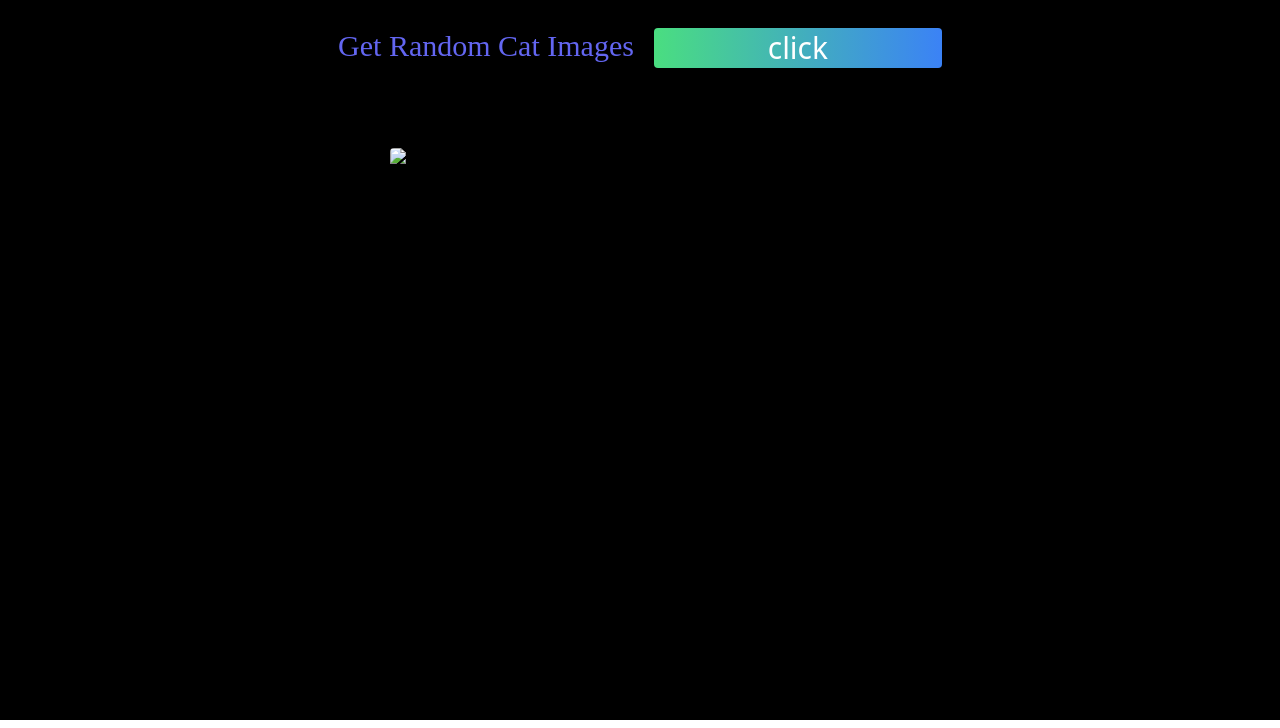
Repository: tentaciones/catMemeGenerator
Page: /
The author's editor kept a copy of each file at every save. The page is drawn from the files as they stood at one save, then again after the next save.
The browser window is 1280 px wide. The pictures show the whole page.
The page's requests for data from a server got no answer. Some web fonts or font styles are not loaded; a fallback is used. The project was rebuilt for these pictures with package versions that can differ from the ones it lists, and the page was loaded fresh each time. No one was signed in, and anything a server would have sent is missing.

Above is the page before, as saved 2022-07-07 21:05:57.

### public/index.html
<!DOCTYPE html>
<html lang="en">
  <head>
    <meta charset="utf-8" />
    <link rel="icon" href="%PUBLIC_URL%/favicon.ico" />
    <meta name="viewport" content="width=device-width, initial-scale=1" />
    <meta name="theme-color" content="#000000" />
    <meta
      name="description"
      content="Web site created using create-react-app"
    />
    <link rel="apple-touch-icon" href="%PUBLIC_URL%/logo192.png" />
    <link rel="preconnect" href="https://fonts.googleapis.com" />
    <link rel="preconnect" href="https://fonts.gstatic.com" crossorigin />
    <link
      href="https://fonts.googleapis.com/css2?family=Gentium+Book+Plus:ital@1&family=Rubik+Moonrocks&display=swap"
      rel="stylesheet"
    />
    <link rel="preconnect" href="https://fonts.googleapis.com" />
    <link rel="preconnect" href="https://fonts.gstatic.com" crossorigin />
    <link
      href="https://fonts.googleapis.com/css2?family=Rock+Salt&display=swap"
      rel="stylesheet"
    />
    <link rel="manifest" href="%PUBLIC_URL%/manifest.json" />

    <title>React App</title>
  </head>
  <body>
    <noscript>You need to enable JavaScript to run this app.</noscript>
    <div id="root"></div>
    <!--
      This HTML file is a template.
      If you open it directly in the browser, you will see an empty page.

      You can add webfonts, meta tags, or analytics to this file.
      The build step will place the bundled scripts into the <body> tag.

      To begin the development, run `npm start` or `yarn start`.
      To create a production bundle, use `npm run build` or `yarn build`.
    -->
  </body>
</html>

### src/App.js
import Generator from "./pages/Generator";
function App() {
  return (
    <div>
      <Generator />
    </div>
  );
}

export default App;

### src/pages/Generator.jsx
import React, { useEffect, useState } from "react";
import Loading from "../components/Loading";
const Generator = () => {
  const [cat, setCat] = useState("");
  const [done, setDone] = useState(undefined);
  const [loading, setLoading] = useState(undefined);
  const getCat = () => {
    setDone(undefined);
    setLoading(undefined);
    setTimeout(() => {
      fetch("https://aws.random.cat/meow")
        .then((res) => res.json())
        .then((data) => setCat(data.file));
      setLoading(true);
      setTimeout(() => {
        setDone(true);
      }, 1000);
    }, 1200);
  };
  useEffect(() => {
    getCat();
  }, []);

  return (
    <div className="bg-black h-screen">
      <div className="flex text-indigo-500 text-3xl justify-center md:hidden">
        <div className="mt-32 font-[cursive] "> Cute Cats</div>
      </div>
      <div className="md:hidden flex justify-center text-3xl">
        <button
          onClick={getCat}
          className="bg-gradient-to-r from-green-400 to-blue-500 hover:from-pink-500 hover:to-yellow-500 text-white w-72 h-10 rounded mt-7"
        >
          click
        </button>
      </div>
      <div className=" flex justify-center md:hidden">
        {!done ? (
          <Loading loading={loading} />
        ) : (
          <img
            src={cat}
            alt="c"
            className="h-[300px] w-[3000px] rounded my-20"
          />
        )}
      </div>
      <div className="hidden md:flex justify-center text-indigo-500 text-3xl gap-5">
        <div className="mt-7 font-[cursive]">Get Random Cat Images</div>
        <button
          onClick={getCat}
          className="bg-gradient-to-r from-green-400 to-blue-500 hover:from-pink-500 hover:to-yellow-500 text-white w-72 h-10 rounded mt-7"
        >
          click
        </button>
      </div>

      <div className="hidden md:flex justify-center">
        {!done ? (
          <Loading loading={loading} />
        ) : (
          <img
            src={cat}
            alt="c"
            className="h-[500px] w-[500px] rounded my-20"
          />
        )}
      </div>
    </div>
  );
};

export default Generator;

### src/components/Loading.js
import React from "react";
import Lottie from "react-lottie";
import * as loading from "../46472-lurking-cat.json";
import * as done from "../50465-done.json";

const defaultOptions = {
  loop: true,
  autoplay: true,
  animationData: loading.default,
  rendererSettings: {
    preserveAspectRatio: "xMidYMid slice",
  },
};

const defaultOptions2 = {
  loop: false,
  autoplay: true,
  animationData: done.default,
  rendererSettings: {
    preserveAspectRatio: "xMidYMid slice",
  },
};

const Loading = ({ loading }) => {
  return (
    <div>
      {!loading ? (
        <Lottie options={defaultOptions} height={120} width={120} />
      ) : (
        <Lottie options={defaultOptions2} height={120} width={120} />
      )}
    </div>
  );
};

export default Loading;

Loaded but not shown: src/index.js (common file); src/index.css (common file); src/reportWebVitals.js (common file); src/46472-lurking-cat.json (common file); src/50465-done.json (common file); tailwind.config.js (common file)

After the next save:
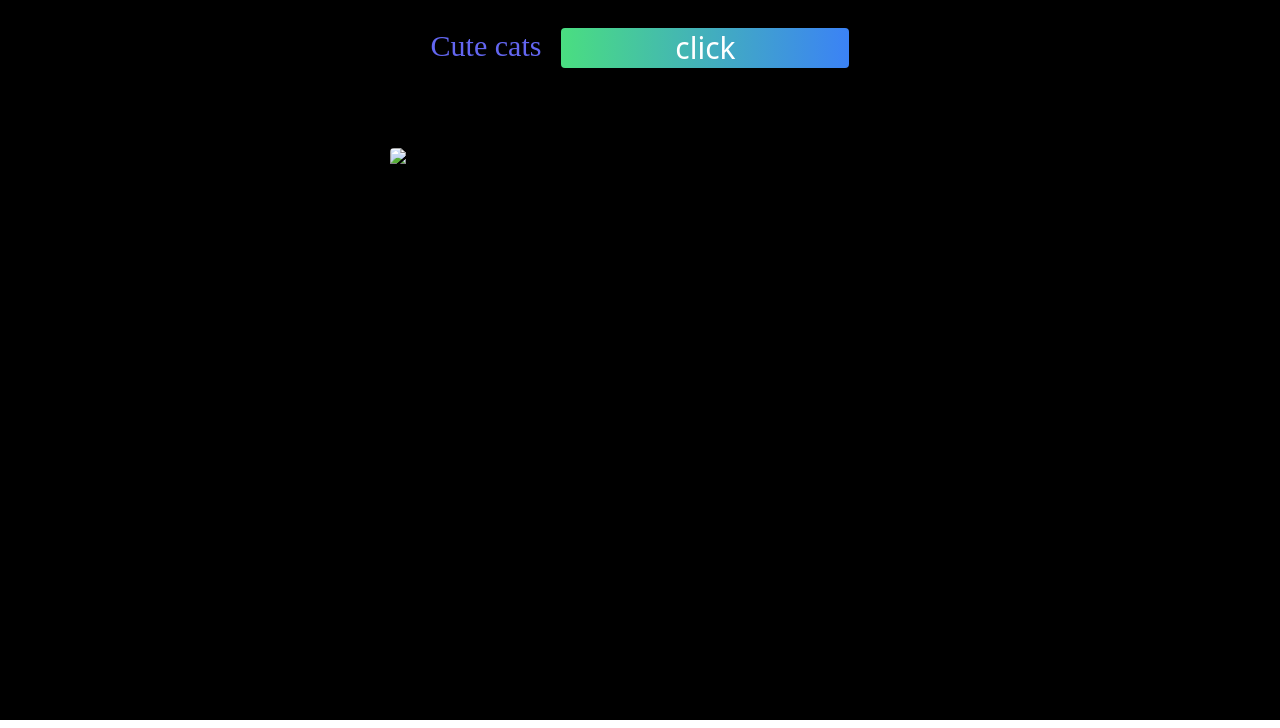
Saved 17 s later.
--- a/src/pages/Generator.jsx
+++ b/src/pages/Generator.jsx
@@ -46,7 +46,7 @@
         )}
       </div>
       <div className="hidden md:flex justify-center text-indigo-500 text-3xl gap-5">
-        <div className="mt-7 font-[cursive]">Get Random Cat Images</div>
+        <div className="mt-7 font-[cursive]">Cute cats</div>
         <button
           onClick={getCat}
           className="bg-gradient-to-r from-green-400 to-blue-500 hover:from-pink-500 hover:to-yellow-500 text-white w-72 h-10 rounded mt-7"
